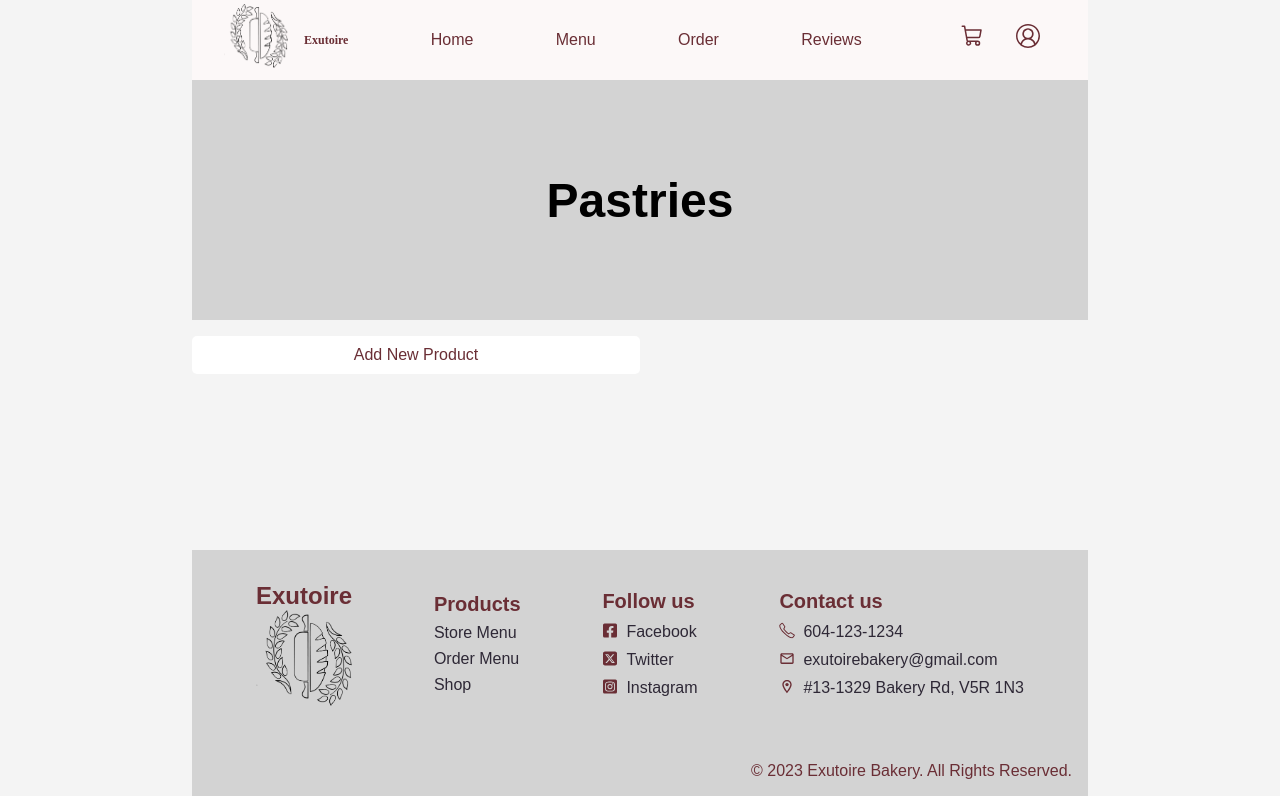
Repository: MelissaJacobi/COMP3170-final-proj
Page: /menu/pastries
These files come from the project's save history. The page is drawn as it stood at one moment and after the next save; the edit follows.
The browser window is 1280 px wide. The pictures show the whole page.
The project was rebuilt for these pictures with package versions that can differ from the ones it lists, and the page was loaded fresh each time. Also part of the build but not shown: vite.config.js, src/pages/ShoppingCart.module.css, src/components/ShoppingCartCard.module.css, src/components/ShoppingCartCard.jsx, src/components/OrderTotal.jsx, src/pages/ShoppingCart.jsx, src/pages/Profile.module.css, src/pages/Profile.jsx and 37 more.

Above is the page before, as saved 2024-11-09 23:23:22.

After the next save:
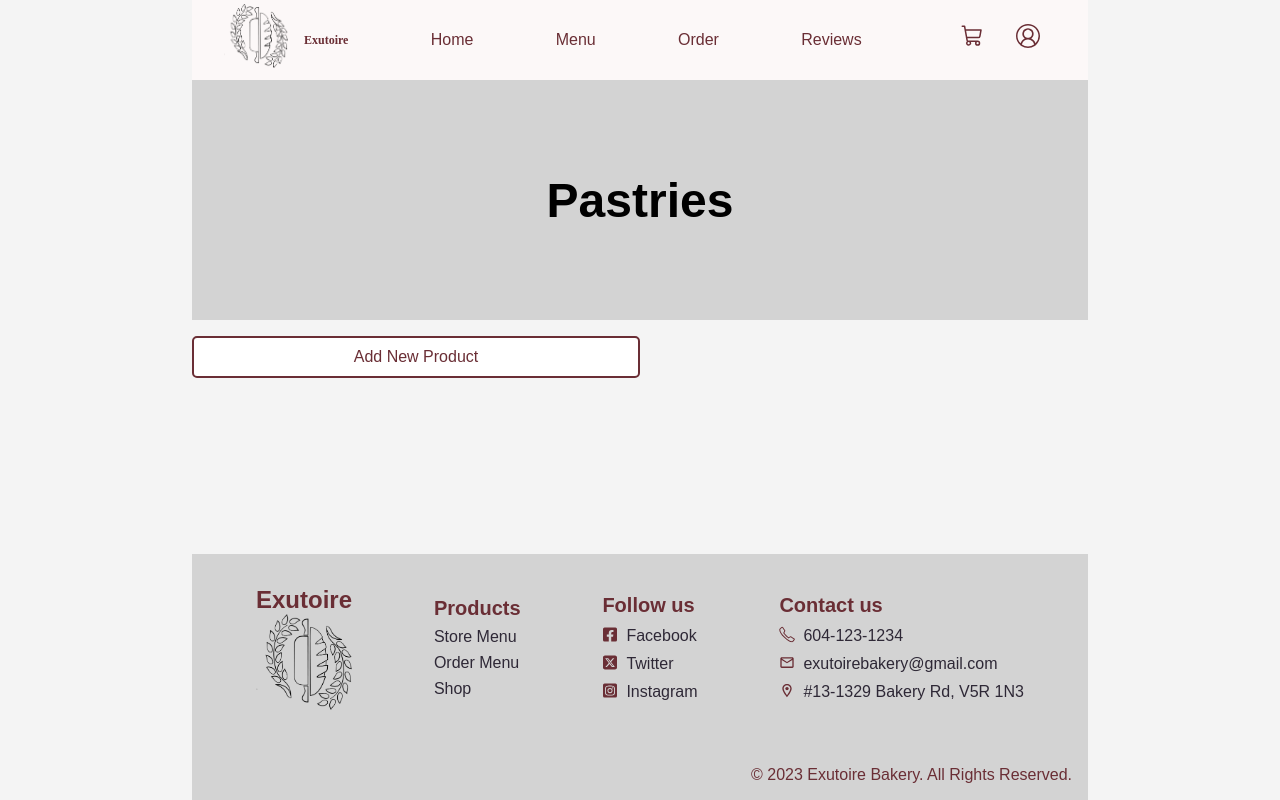
Saved 16 s later.
--- a/src/pages/Bread.module.css
+++ b/src/pages/Bread.module.css
@@ -31,4 +31,5 @@
     margin: 1rem 0;
     background-color: var(--background-color);
     color: var(--accent-color);
+    border: 2px var(--accent-color) solid;
 }
